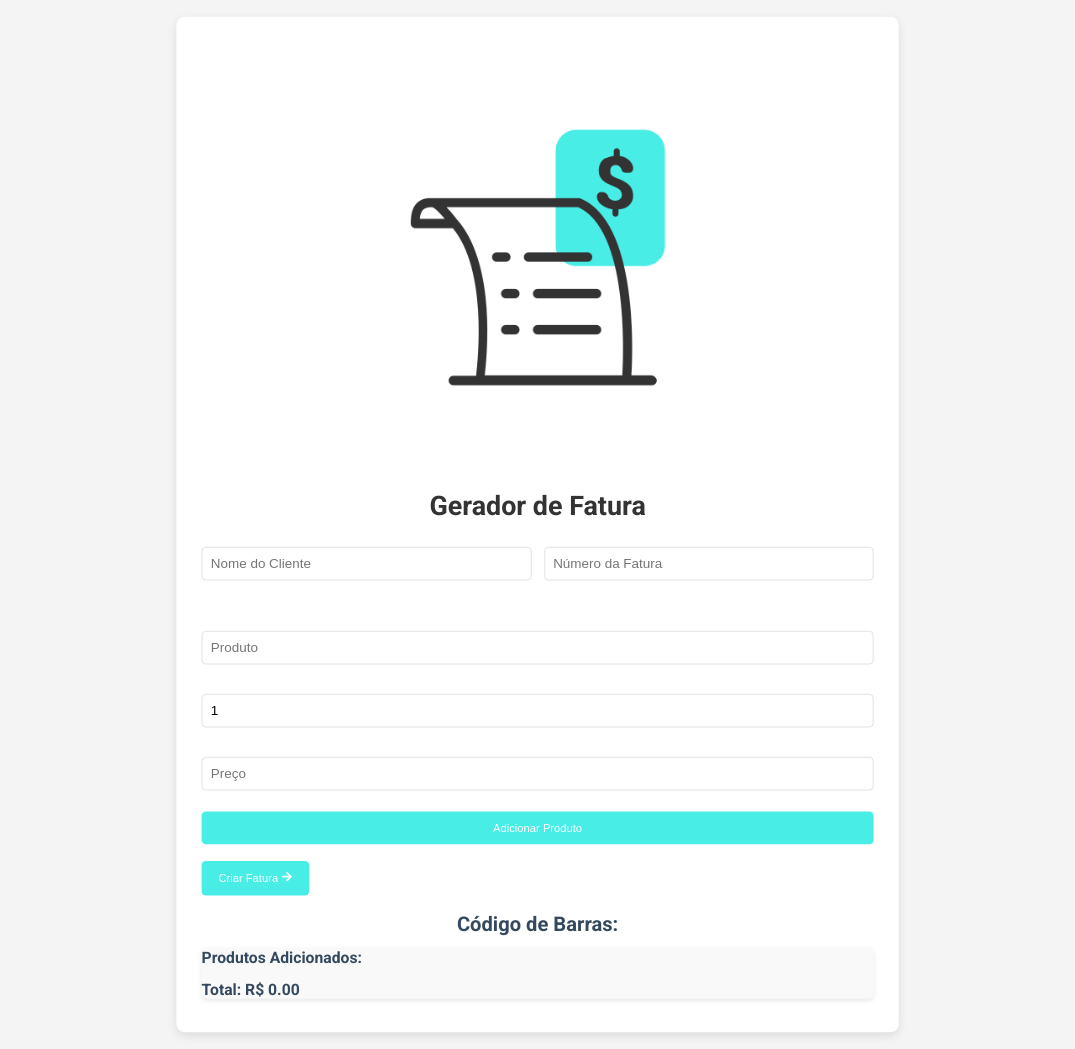
Repository: thmedu/Gerador-de-Faturas
Page: /
These files come from the project's save history. The page is drawn as it stood at one moment and after the next save; the edit follows.
The browser window is 1280 px wide. The pictures show the whole page, at 84% of full size.
The project was rebuilt for these pictures with package versions that can differ from the ones it lists, and the page was loaded fresh each time. Also part of the build but not shown: vite.config.js, src/Componete/Template.jsx.

Above is the page before, as saved 2024-07-16 23:05:42.

### index.html
<!DOCTYPE html>
<html lang="pt-BR">

<head>
  <meta charset="UTF-8" />
  <meta name="viewport" content="width=device-width, initial-scale=1.0" />
  <meta name="description" content="Gere sua fatura de forma simples e rápida com nosso gerador de faturas em React." />
  <meta name="keywords" content="fatura, gerador de faturas, React, financeiro" />
  <meta name="author" content="Thomas Eduardo" />
  <link rel="stylesheet" href="./src/App.css">
  <link rel="icon" href="./public/logo.png" />
  <title>Gere sua Fatura</title>
</head>


<body>
  <div id="root"></div>
  <script type="module" src="./src/main.jsx"></script>
</body>

</html>

### src/App.css
/* Global Styles */
@import url('https://fonts.googleapis.com/css2?family=Roboto:wght@400;500;700&display=swap');

body {
  font-family: 'Roboto', sans-serif;
  background-color: #f4f4f4;
  margin: 0;
  padding: 0;
}

.container {
  max-width: 800px;
  margin: 20px auto;
  padding: 30px;
  background: #ffffff;
  border-radius: 10px;
  box-shadow: 0 4px 12px rgba(0, 0, 0, 0.1);
}

.logo {
  display: block;
  margin: 0 auto 20px;
  max-width: 100%;
  height: auto;
}

.title {
  text-align: center;
  color: #333;
  margin-bottom: 20px;
  font-size: 2em; /* Increased font size for prominence */
}

/* Form Styles */
.form {
  display: flex;
  flex-direction: column;
  gap: 20px; /* Increased gap for better spacing */
}

.inputs {
  display: flex;
  gap: 15px;
  flex-wrap: wrap; /* Allow wrapping */
}

.input-field {
  flex: 1;
  padding: 12px; /* Increased padding */
  border: 1px solid #ccc;
  border-radius: 6px; /* Slightly more rounded corners */
  font-size: 16px;
  min-width: 220px; /* Minimum width for inputs */
  box-sizing: border-box; /* Include padding and border in width */
}

.input-field:focus {
  border-color: #48ede5; /* Highlight on focus */
  outline: none;
  box-shadow: 0 0 5px rgba(72, 237, 229, 0.5); /* Subtle glow */
}

.submit-button {
  padding: 12px 20px; /* Increased padding */
  background-color: #48ede5;
  color: #fff;
  border: none;
  border-radius: 5px;
  cursor: pointer;
  transition: background-color 0.3s, transform 0.2s;
}

.submit-button:hover {
  background-color: #36b8c2;
  transform: translateY(-2px); /* Lift effect */
}

.product-form {
  margin-top: 20px;
  display: flex;
  flex-direction: column;
  gap: 15px; /* Increased gap */
}

.product-form input {
  padding: 12px; /* Increased padding for product inputs */
  border: 1px solid #ccc;
  border-radius: 6px;
  width: 100%; /* Full width for product inputs */
  box-sizing: border-box; /* Include padding and border in width */
}

/* Product List Styles */
.product-list {
  margin-top: 20px;
  padding: 15px;
  background: #f9f9f9;
  border-radius: 6px;
  box-shadow: 0 2px 6px rgba(0, 0, 0, 0.1);
}

.product-list ul {
  list-style-type: none;
  padding: 0;
}

.product-list li {
  padding: 10px 0;
  border-bottom: 1px solid #ddd;
  font-size: 16px; /* Consistent font size */
}

.product-list li:last-child {
  border-bottom: none;
}

/* Barcode and PDF Container Styles */
.barcode-container {
  margin-top: 20px;
  text-align: center;
}

/* Button Styles */
.back-button {
  margin-top: 20px;
  padding: 12px 20px; /* Increased padding */
  background-color: #ff6b6b;
  color: white;
  border: none;
  border-radius: 5px;
  cursor: pointer;
  transition: background-color 0.3s, transform 0.2s;
}

.back-button:hover {
  background-color: #e55b5b;
  transform: translateY(-2px); /* Lift effect */
}

/* Media Queries */
@media (max-width: 600px) {
  .inputs {
    flex-direction: column;
  }

  .input-field {
    margin-bottom: 10px;
    width: 100%; /* Full width on small screens */
  }

  .product-list, .container {
    padding: 20px; /* Less padding for smaller screens */
  }

  .submit-button, .back-button {
    width: 100%; /* Full width for buttons */
  }
}

@media (max-width: 400px) {
  .submit-button, .back-button {
    padding: 10px; /* Smaller padding on extra small screens */
  }

  .title {
    font-size: 1.5em; /* Adjust font size for smaller screens */
  }
}

### src/main.jsx
import React from 'react';
import ReactDOM from 'react-dom/client';
import App from './App';
import 'react-toastify/dist/ReactToastify.css';
import { ToastContainer } from 'react-toastify';


const root = ReactDOM.createRoot(document.getElementById('root'));


root.render(
  <React.StrictMode>
    <ToastContainer />
    <App />
  </React.StrictMode>,
);

### src/App.jsx
import React, { useState, useEffect } from 'react';
import './App.css';
import TemplatePdf from './Componete/Template';
import Barcode from 'react-barcode';
import { FaArrowRight, FaArrowLeft, FaEdit, FaTrash } from 'react-icons/fa';
import { toast, ToastContainer } from 'react-toastify';
import logo from '/logo.png';

function App() {
  const [numeroDaFatura, setNumeroDaFatura] = useState('');
  const [nomeCliente, setNomeCliente] = useState('');
  const [data, setData] = useState('');
  const [visualizar, setVisualizar] = useState(true);
  const [loading, setLoading] = useState(false);
  const [produtos, setProdutos] = useState([]);
  const [produto, setProduto] = useState('');
  const [quantidade, setQuantidade] = useState(1);
  const [preco, setPreco] = useState('');
  const [editIndex, setEditIndex] = useState(null);

  useEffect(() => {
    const atual = new Date();
    const dataFormatada = `${String(atual.getDate()).padStart(2, '0')}/${String(
      atual.getMonth() + 1,
    ).padStart(2, '0')}/${atual.getFullYear()}`;
    setData(dataFormatada);

    const storedData = JSON.parse(localStorage.getItem('invoiceData'));
    if (storedData) {
      setNumeroDaFatura(storedData.numeroDaFatura);
      setNomeCliente(storedData.nomeCliente);
      setProdutos(storedData.produtos);
    }
  }, []);

  useEffect(() => {
    localStorage.setItem(
      'invoiceData',
      JSON.stringify({ numeroDaFatura, nomeCliente, produtos }),
    );
  }, [numeroDaFatura, nomeCliente, produtos]);

  const validarEntrada = () => {
    if (!numeroDaFatura.match(/^[0-9]+$/)) {
      toast.error('Por favor, insira um número de fatura válido.');
      return false;
    }
    if (!nomeCliente) {
      toast.error('Por favor, insira o nome do cliente.');
      return false;
    }
    return true;
  };

  const criarFatura = () => {
    if (!validarEntrada()) return;

    setLoading(true);
    setTimeout(() => {
      toast.success('Fatura criada com sucesso!');
      setLoading(false);
      setVisualizar(false);
    }, 500);
  };

  const validarEntradaProduto = () => {
    if (!produto) {
      toast.error('Por favor, insira o nome do produto.');
      return false;
    }
    if (quantidade <= 0) {
      toast.error('Quantidade deve ser maior que zero.');
      return false;
    }
    if (preco <= 0) {
      toast.error('Preço deve ser maior que zero.');
      return false;
    }
    return true;
  };

  const adicionarProduto = () => {
    if (validarEntradaProduto()) {
      const newProduto = {
        produto,
        quantidade: Number(quantidade),
        preco: Number(preco),
      };
      if (editIndex !== null) {
        const updatedProdutos = produtos.map((item, index) =>
          index === editIndex ? newProduto : item,
        );
        setProdutos(updatedProdutos);
        setEditIndex(null);
        toast.success('Produto atualizado com sucesso!');
      } else {
        setProdutos((prevProdutos) => [...prevProdutos, newProduto]);
        toast.success('Produto adicionado com sucesso!');
      }
      resetProdutoFields();
    }
  };

  const editarProduto = (index) => {
    const produtoEditado = produtos[index];
    setProduto(produtoEditado.produto);
    setQuantidade(produtoEditado.quantidade);
    setPreco(produtoEditado.preco);
    setEditIndex(index);
  };

  const removerProduto = (index) => {
    setProdutos(produtos.filter((_, i) => i !== index));
    toast.success('Produto removido com sucesso!');
  };

  const resetProdutoFields = () => {
    setProduto('');
    setQuantidade(1);
    setPreco('');
  };

  const totalFatura = produtos.reduce(
    (acc, curr) => acc + curr.quantidade * curr.preco,
    0,
  );

  const voltar = () => {
    setVisualizar(true);
    resetForm();
  };

  const resetForm = () => {
    setNumeroDaFatura('');
    setNomeCliente('');
    setProdutos([]);
    localStorage.removeItem('invoiceData');
  };

  return (
    <>
      <ToastContainer />
      {visualizar ? (
        <div className="container">
          <img src={logo} alt="Logo" className="logo" />
          <h1 className="title">Gerador de Fatura</h1>
          <div className="form">
            <div className="inputs">
              <input
                type="text"
                placeholder="Nome do Cliente"
                value={nomeCliente}
                onChange={(e) => setNomeCliente(e.target.value)}
                disabled={loading}
                className="input-field"
                required
              />
              <input
                type="text"
                placeholder="Número da Fatura"
                value={numeroDaFatura}
                onChange={(e) => setNumeroDaFatura(e.target.value)}
                disabled={loading}
                className="input-field"
                required
              />
            </div>
            <div className="product-form">
              <input
                type="text"
                placeholder="Produto"
                value={produto}
                onChange={(e) => setProduto(e.target.value)}
                className="input-field"
              />
              <input
                type="number"
                placeholder="Quantidade"
                value={quantidade}
                onChange={(e) => setQuantidade(e.target.value)}
                className="input-field"
                min="1"
              />
              <input
                type="number"
                placeholder="Preço"
                value={preco}
                onChange={(e) => setPreco(e.target.value)}
                className="input-field"
                min="0"
              />
              <button onClick={adicionarProduto} className="submit-button">
                {editIndex !== null ? 'Atualizar Produto' : 'Adicionar Produto'}
              </button>
            </div>
            <div className="buttons">
              <button
                onClick={criarFatura}
                disabled={loading}
                className="submit-button"
                title={
                  loading
                    ? 'Aguarde enquanto a fatura é criada'
                    : 'Criar fatura'
                }
              >
                {loading ? 'Criando...' : 'Criar Fatura'} <FaArrowRight />
              </button>
            </div>
          </div>
          <div className="barcode-container">
            <h2>Código de Barras:</h2>
            {numeroDaFatura && <Barcode value={numeroDaFatura} />}
          </div>
          <div className="product-list">
            <h3>Produtos Adicionados:</h3>
            <ul>
              {produtos.map((item, index) => (
                <li key={index}>
                  {item.quantidade} x {item.produto} @ R${' '}
                  {item.preco.toFixed(2)} = R${' '}
                  {(item.quantidade * item.preco).toFixed(2)}
                  <button onClick={() => editarProduto(index)}>
                    <FaEdit />
                  </button>
                  <button onClick={() => removerProduto(index)}>
                    <FaTrash />
                  </button>
                </li>
              ))}
            </ul>
            <h3>Total: R$ {totalFatura.toFixed(2)}</h3>
          </div>
        </div>
      ) : (
        <div className="pdf-container">
          <TemplatePdf
            NumeroDaFatura={numeroDaFatura}
            data={data}
            nomeCliente={nomeCliente}
            produtos={produtos}
            total={totalFatura}
          />
          <button onClick={voltar} className="back-button">
            Voltar <FaArrowLeft />
          </button>
        </div>
      )}
    </>
  );
}

export default App;

### src/Componete/Template.css
/* Template.css */

.pdf-container {
  max-width: 800px;
  margin: 20px auto;
  padding: 20px;
  border: 1px solid #e0e0e0;
  border-radius: 10px;
  background-color: #ffffff;
  font-family: 'Arial', sans-serif;
}

.pdf-logo {
  max-width: 150px;
  margin: 0 auto 20px;
  display: block; /* Center logo */
}

h1 {
  text-align: center;
  color: #2c3e50;
  font-size: 2em;
  margin-bottom: 10px;
}

h2, h3 {
  color: #34495e;
  margin: 15px 0 10px;
}

p {
  font-size: 1em;
  color: #555;
}

strong {
  font-weight: bold;
}

.product-list {
  list-style: none;
  padding: 0;
  margin: 0;
}

.product-list li {
  display: flex;
  justify-content: space-between;
  padding: 10px;
  border-bottom: 1px solid #e0e0e0;
}

.product-list li:last-child {
  border-bottom: none; /* Remove border for the last item */
}

.product-list span {
  flex-grow: 1; /* Allow span to grow */
}

.product-list div {
  display: flex;
  gap: 10px; /* Space between buttons */
}

.add-product-button, .print-button {
  padding: 10px 15px;
  border: none;
  border-radius: 5px;
  background-color: #48ede5;
  color: white;
  cursor: pointer;
  transition: background-color 0.3s;
  margin: 10px 0;
}

.add-product-button:hover, .print-button:hover {
  background-color: #39b2c4;
}

button {
  background: none;
  border: none;
  cursor: pointer;
  color: #3498db; /* Button color */
}

button:hover {
  color: #2980b9; /* Darker shade on hover */
}

.dialog-title {
  display: flex;
  justify-content: space-between;
  align-items: center;
}

input[type="text"],
input[type="number"] {
  width: 100%;
  padding: 10px;
  margin: 10px 0;
  border: 1px solid #ddd;
  border-radius: 5px;
  box-sizing: border-box;
}

input[type="text"]:focus,
input[type="number"]:focus {
  border-color: #3498db; /* Focus color */
  outline: none; /* Remove default outline */
}

@media (max-width: 600px) {
  .pdf-container {
    padding: 15px;
  }

  h1 {
    font-size: 1.5em; /* Responsive title size */
  }

  .add-product-button, .print-button {
    width: 100%; /* Full width on mobile */
  }

  .product-list li {
    flex-direction: column; /* Stack items on mobile */
    align-items: flex-start; /* Align left */
  }
}

After the next save:
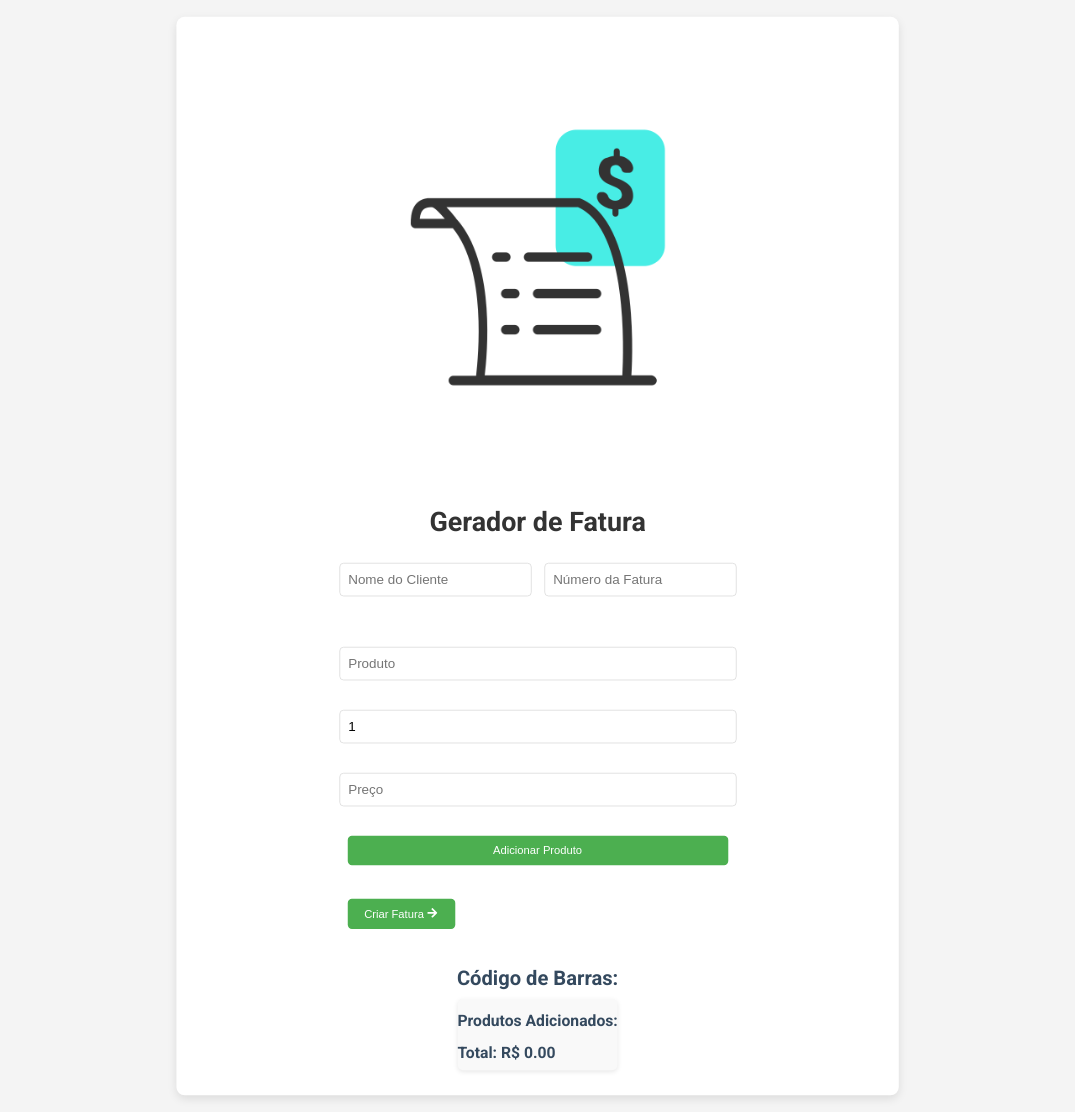
Saved 14 s later.
--- a/src/App.css
+++ b/src/App.css
@@ -166,3 +166,40 @@ body {
     font-size: 1.5em; /* Adjust font size for smaller screens */
   }
 }
+.container {
+  display: flex;
+  flex-direction: column;
+  align-items: center;
+}
+
+.title {
+  margin: 20px 0;
+}
+
+.input-field {
+  margin: 10px;
+  padding: 10px;
+  width: 250px;
+}
+
+.submit-button {
+  margin: 10px;
+  padding: 10px 20px;
+  background-color: #4CAF50;
+  color: white;
+  border: none;
+  cursor: pointer;
+}
+
+.export-button {
+  margin: 20px 0;
+  padding: 10px 20px;
+  background-color: #2196F3;
+  color: white;
+  border: none;
+  cursor: pointer;
+}
+
+.product-list {
+  margin: 20px 0;
+}

After the save that followed:
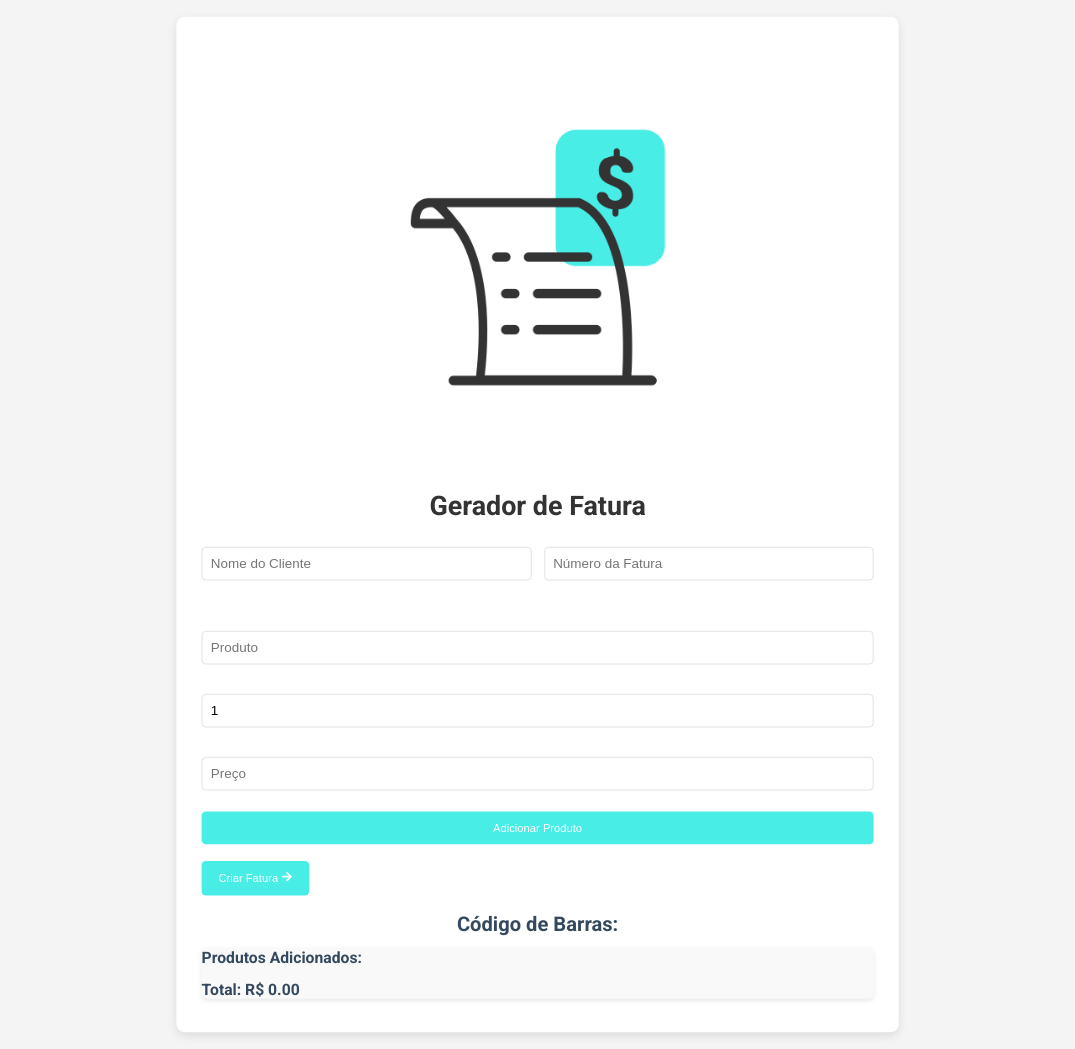
Saved 49 s later.
--- a/src/App.css
+++ b/src/App.css
@@ -166,40 +166,3 @@ body {
     font-size: 1.5em; /* Adjust font size for smaller screens */
   }
 }
-.container {
-  display: flex;
-  flex-direction: column;
-  align-items: center;
-}
-
-.title {
-  margin: 20px 0;
-}
-
-.input-field {
-  margin: 10px;
-  padding: 10px;
-  width: 250px;
-}
-
-.submit-button {
-  margin: 10px;
-  padding: 10px 20px;
-  background-color: #4CAF50;
-  color: white;
-  border: none;
-  cursor: pointer;
-}
-
-.export-button {
-  margin: 20px 0;
-  padding: 10px 20px;
-  background-color: #2196F3;
-  color: white;
-  border: none;
-  cursor: pointer;
-}
-
-.product-list {
-  margin: 20px 0;
-}
